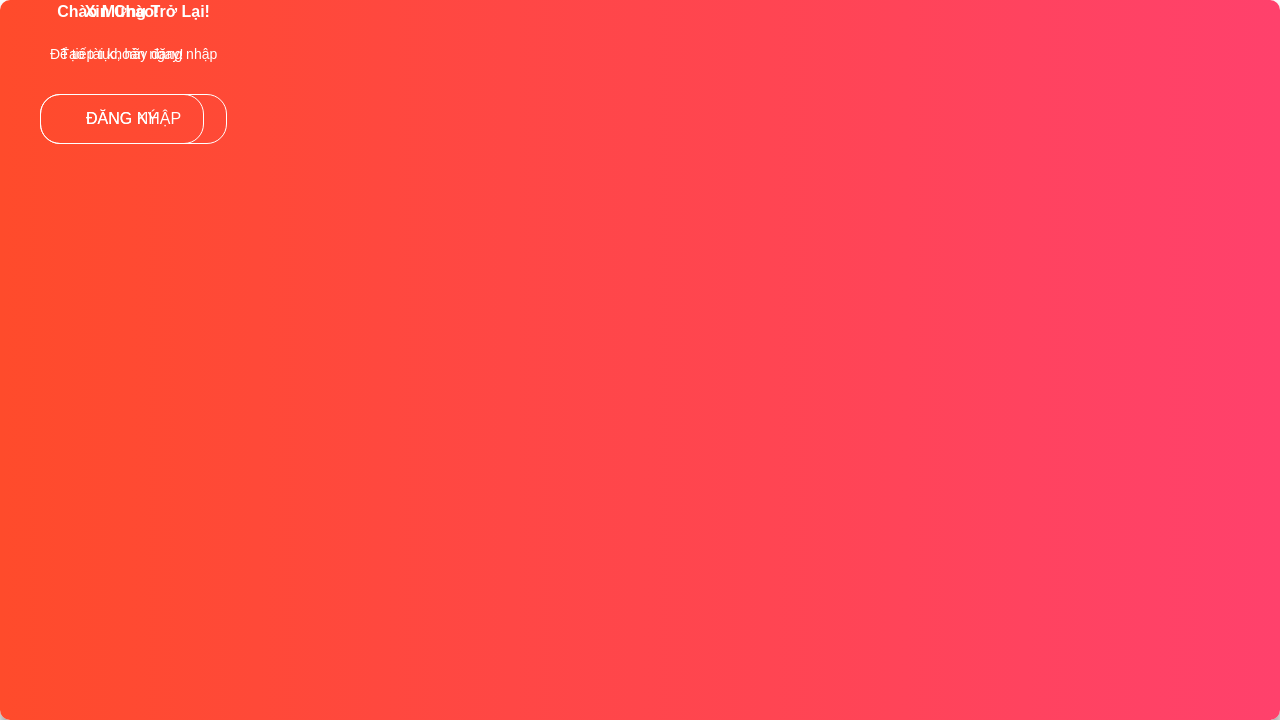
Repository: BlackWolf2002/project_airbn_react
Page: /, after clicking the first element matching `div.overlay-right > button`
The author's editor kept a copy of each file at every save. The page is drawn from the files as they stood at one save, then again after a run of saves.
The browser window is 1280 px wide. The pictures show the whole page.
The project was rebuilt for these pictures with package versions that can differ from the ones it lists, and the page was loaded fresh each time. Also part of the build but not shown: vite.config.js.

Above is the page before, as saved 2025-02-04 23:41:31.

### src/App.jsx
// import React from 'react';
// import { Header } from './Header';
// import Card from './Card';
// import ViTriView from './models/vitriview';

// function App() {
//   const viTri = new ViTriView(1, 'Sài Gòn (TP.HCM)', 'Hồ Chí Minh', 'Việt Nam', 'https://vietnambooking.com/wp-content/uploads/2017/01/du-lich-sai-gon-1.jpg');

//   return (
//     <>
//       <div>
//         <Header />
//         <div>
//           <Card viTri={viTri} />
//         </div>
//       </div>
//     </>
//   );
// }

// export default App;

import React from "react";
import Login from "./components/Login";

function App() {
    return (
        <div>
            <Login />
        </div>
    );
}

export default App;

### src/components/Login.jsx
import { useState } from "react";
import { login, register } from "../api/authService";
import "../style/Login.css";

const Login = () => {
    const [formData, setFormData] = useState({
        email: "",
        password: "",
        name: "",
        phone: "",
        birthday: "",
        gender: true,
    });
    const [isLogin, setIsLogin] = useState(true);
    const [message, setMessage] = useState("");

    const handleChange = (e) => {
        setFormData({ ...formData, [e.target.name]: e.target.value });
    };

    const handleSubmit = async (e) => {
        e.preventDefault();
        try {
            if (isLogin) {
                const data = await login(formData.email, formData.password);
                localStorage.setItem("token", data.token);
                setMessage("Đăng nhập thành công!");
            } else {
                await register(formData);
                setMessage("Đăng ký thành công! Hãy đăng nhập.");
                setIsLogin(true);
            }
        } catch (error) {
            setMessage(error.message || "Có lỗi xảy ra!");
        }
    };

    return (
        <div className="container-login">
            <div
                className={`form-container ${
                    isLogin ? "sign-in-container" : "sign-up-container"
                }`}
            >
                <form onSubmit={handleSubmit}>
                    <h1>{isLogin ? "Đăng Nhập" : "Đăng Ký"}</h1>
                    {!isLogin && (
                        <>
                            <input
                                type="text"
                                name="name"
                                placeholder="Tên"
                                onChange={handleChange}
                                required
                            />
                            <input
                                type="text"
                                name="phone"
                                placeholder="Số điện thoại"
                                onChange={handleChange}
                                required
                            />
                            <input
                                type="date"
                                name="birthday"
                                onChange={handleChange}
                                required
                            />
                            <select name="gender" onChange={handleChange}>
                                <option value={true}>Nam</option>
                                <option value={false}>Nữ</option>
                            </select>
                        </>
                    )}
                    <input
                        type="email"
                        name="email"
                        placeholder="Email"
                        onChange={handleChange}
                        required
                    />
                    <input
                        type="password"
                        name="password"
                        placeholder="Mật khẩu"
                        onChange={handleChange}
                        required
                    />
                    <button type="submit">
                        {isLogin ? "Đăng Nhập" : "Đăng Ký"}
                    </button>
                    <p className="message">{message}</p>
                </form>
            </div>

            <div className="overlay-container">
                <div className="overlay">
                    <div className="overlay-panel overlay-left">
                        <h1>Chào Mừng Trở Lại!</h1>
                        <p>Để tiếp tục, hãy đăng nhập</p>
                        <button
                            className="ghost"
                            onClick={() => setIsLogin(true)}
                        >
                            Đăng Nhập
                        </button>
                    </div>
                    <div className="overlay-panel overlay-right">
                        <h1>Xin Chào!</h1>
                        <p>Tạo tài khoản ngay!</p>
                        <button
                            className="ghost"
                            onClick={() => setIsLogin(false)}
                        >
                            Đăng Ký
                        </button>
                    </div>
                </div>
            </div>
        </div>
    );
};

export default Login;

### src/api/authService.js
import axios from "axios";

const API_URL = "https://airbnbnew.cybersoft.edu.vn/api/auth";

// Hàm đăng nhập
export const login = async (email, password) => {
    try {
        const response = await axios.post(`${API_URL}/signin`, {
            email,
            password,
        });
        return response.data; // Trả về dữ liệu người dùng và token
    } catch (error) {
        throw error.response ? error.response.data : error;
    }
};

// Hàm đăng ký
export const register = async (userData) => {
    try {
        const response = await axios.post(`${API_URL}/signup`, userData);
        return response.data; //Trả về thông tin đăng ký thành công
    } catch (error) {
        throw error.response ? error.response.data : error;
    }
};

### src/style/Login.css
.container-login {
    background-color: #fff;
    border-radius: 10px;
    box-shadow: 0 14px 28px rgba(0, 0, 0, 0.25), 0 10px 10px rgba(0, 0, 0, 0.22);
    position: relative;
    overflow: hidden;
    max-width: 100%;
    min-height: 480px;
    font-family: "Monserrat", sans-serif;
    height: 100vh;
    display: flex;
    align-items: center;
    justify-content: center;
}

.container-login h1 {
    font-weight: bold;
    margin: 0;
}

.container-login p {
    font-size: 14px;
    font-weight: 100;
    line-height: 20px;
    margin: 20px 0 30px;
}

.container-login button {
    border-radius: 20px;
    border: 1px solid #ff4b2b;
    background-color: #ff4b2b;
    color: #ffffff;
    padding: 12px 45px;
    text-transform: uppercase;
    transition: transform 80ms ease-in;
}

.container-login button.ghost {
    background-color: transparent;
    border-color: #ffffff;
}

.container-login form {
    background-color: #ffffff;
    display: flex;
    align-items: center;
    justify-content: center;
    flex-direction: column;
    padding: 0 50px;
    height: 100%;
    text-align: center;
}

.container-login input {
    background-color: #eee;
    border: none;
    padding: 12px 15px;
    margin: 8px 0;
    width: 100%;
}

.overlay-container {
    position: absolute;
    top: 0;
    left: 50%;
    width: 50%;
    height: 100%;
    transition: transform 0.6s ease-in-out;
}

.container-login.right-panel-active .overlay-container {
    transform: translateX(-100%);
}

.overlay {
    background: linear-gradient(to right, #ff4b2b, #ff416c);
    background-repeat: no-repeat;
    background-size: cover;
    color: #ffffff;
    position: relative;
    left: -100%;
    height: 100%;
    width: 200%;
    transition: transform 0.6s ease-in-out;
}

.container-login.container-login.right-panel-active .overlay {
    transform: translateX(50%);
}

.overlay-panel {
    position: absolute;
    display: flex;
    align-items: center;
    justify-content: center;
    flex-direction: column;
    padding: 0 40px;
    text-align: center;
    top: 0;
}

### tailwind.config.js
/** @type {import('tailwindcss').Config} */
export default {
  content: ["./src/**/*.{js,jsx,ts,tsx}"],
  theme: {
      extend: {},
  },
  plugins: [],
};

Loaded but not shown: index.html (common file); src/main.jsx (common file); src/index.css (common file)

After the next 2 saves:
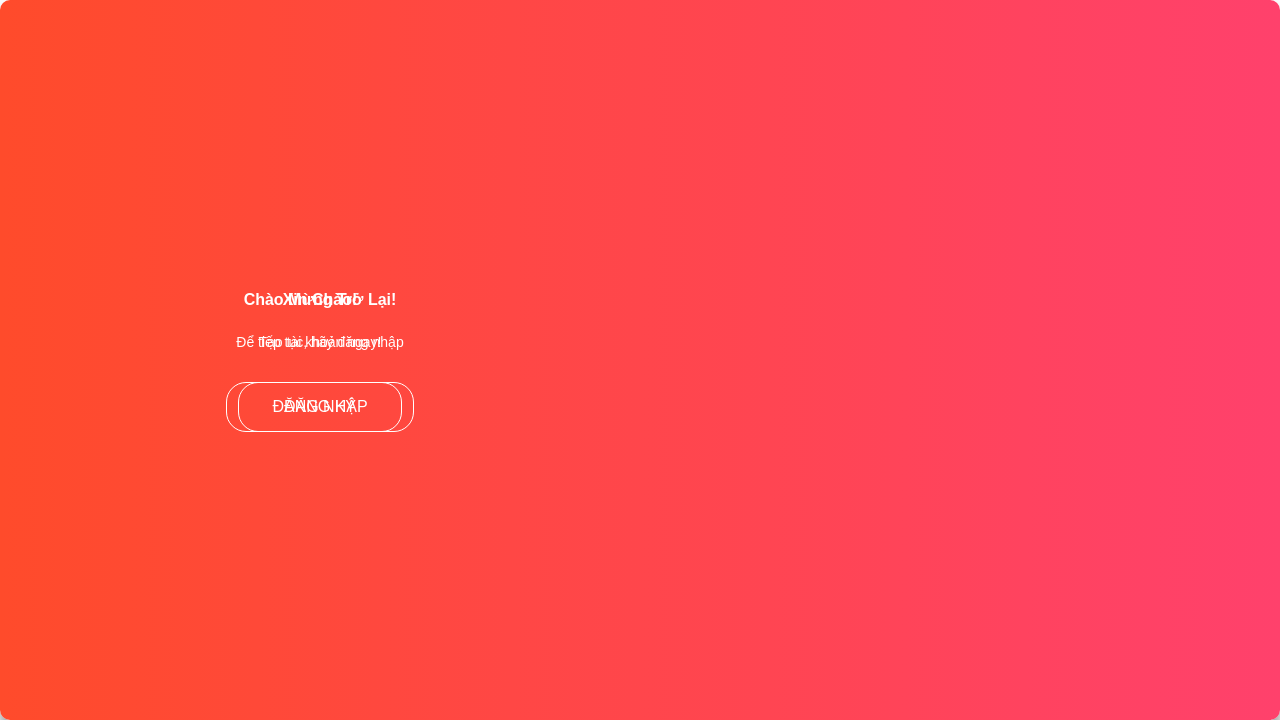
The 2 saves are shown as one change because they came seconds apart.
The last was saved 5 s later.
--- a/src/style/Login.css
+++ b/src/style/Login.css
@@ -6,7 +6,7 @@
     overflow: hidden;
     max-width: 100%;
     min-height: 480px;
-    font-family: "Monserrat", sans-serif;
+    font-family: "Montserrat", sans-serif;
     height: 100vh;
     display: flex;
     align-items: center;
@@ -84,7 +84,7 @@
     transition: transform 0.6s ease-in-out;
 }
 
-.container-login.container-login.right-panel-active .overlay {
+.container-login.right-panel-active .overlay {
     transform: translateX(50%);
 }
 
@@ -97,4 +97,6 @@
     padding: 0 40px;
     text-align: center;
     top: 0;
+    height: 100%;
+    width: 50%;
 }
